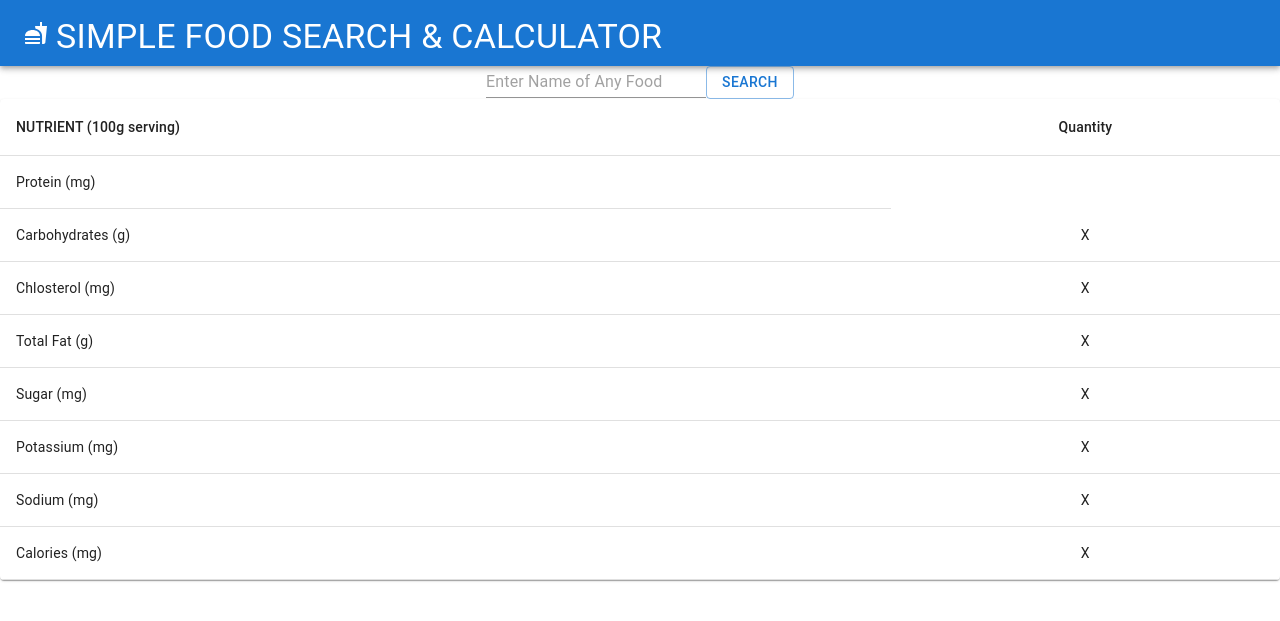
Repository: Mikerr21/Diet-Nutrition-API
Page: /
These files come from the project's save history. The page is drawn as it stood at one moment and after the next save; the edit follows.
The browser window is 1280 px wide. The pictures show the whole page.
The project was rebuilt for these pictures with package versions that can differ from the ones it lists, and the page was loaded fresh each time.

Above is the page before, as saved 2022-09-21 15:47:26.

After the next save:
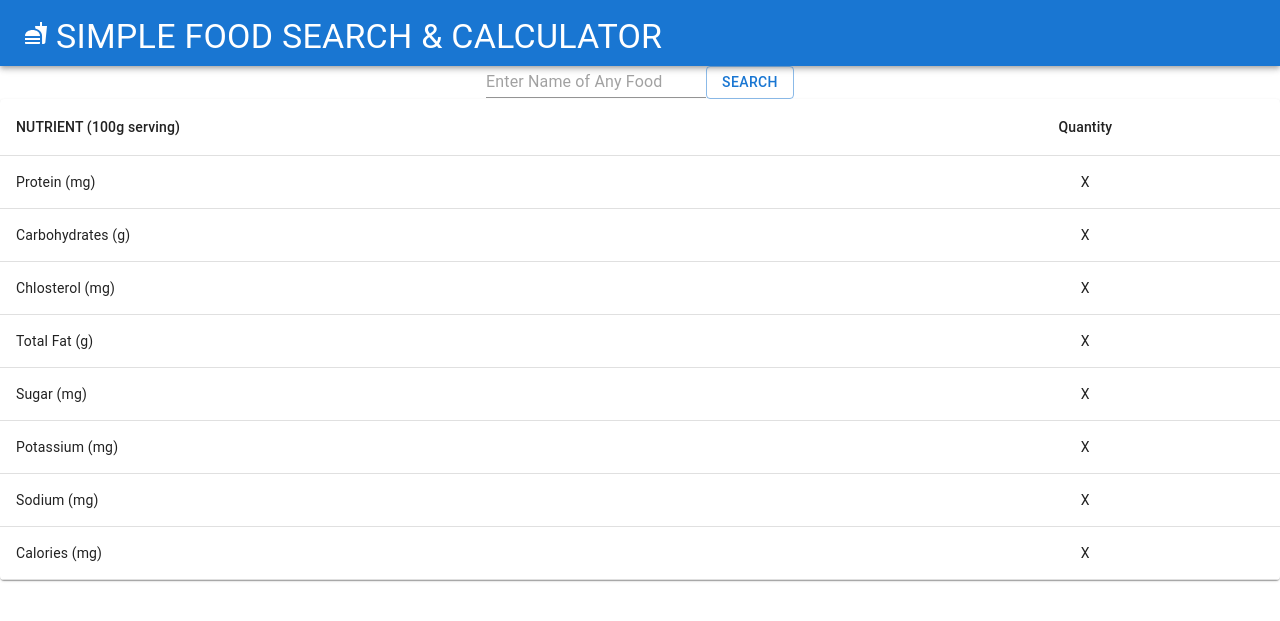
Saved 10 s later.
--- a/src/App.js
+++ b/src/App.js
@@ -107,6 +107,9 @@ function App() {
 									<TableCell>
 										Protein (mg)
 									</TableCell>
+                  <TableCell align="center">
+										X
+									</TableCell>
 								</TableRow>
                 <TableRow>
 									<TableCell>
